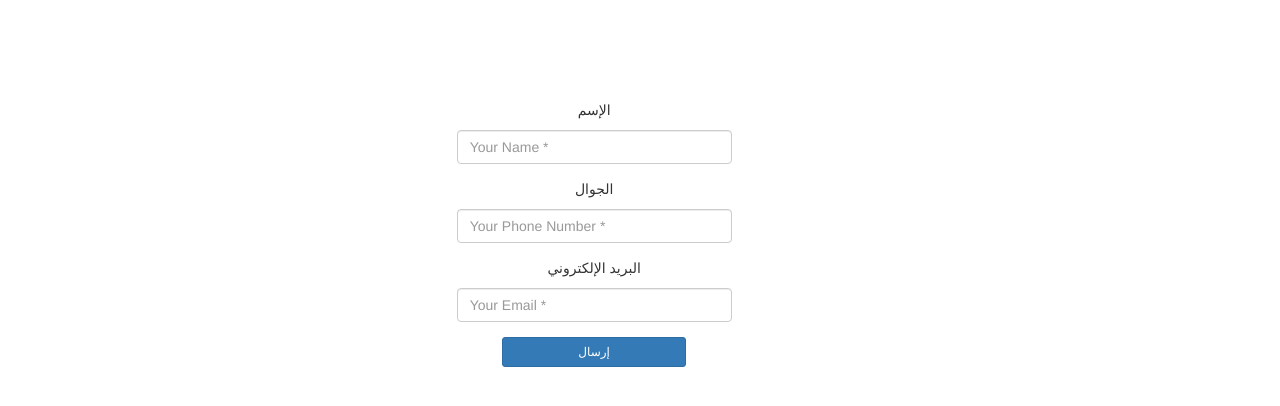
Repository: Abdaljawad-Aya/Itbeep-task
Page: http://localhost/form-user
An editor plug-in stored every save of this project. The page is shown before and after the next save, followed by the edit.
The browser window is 1280 px wide. The pictures show the whole page.
The page is served by the project's Laravel application, run on PHP 8.4 with Laravel 8. Other server files are loaded and not shown.

Above is the page before, as saved 2021-03-07 18:59:01.

### singlePageApp/routes/web.php
<?php

use Illuminate\Support\Facades\Route;

/*
|--------------------------------------------------------------------------
| Web Routes
|--------------------------------------------------------------------------
|
| Here is where you can register web routes for your application. These
| routes are loaded by the RouteServiceProvider within a group which
| contains the "web" middleware group. Now create something great!
|
*/

Route::get('/', function () {
    return view('welcome');
});

Route::get('form-user', 'formController@form');
Route::post('form-user', ['as' => 'users.store', 'uses' => 'formController@formSaveData']);

### singlePageApp/app/Http/Controllers/formController.php
<?php

namespace App\Http\Controllers;

use Illuminate\Support\Facades\Mail;

use Illuminate\Http\Request;
use App\Mail\formUser;
use App\form;

class formController extends Controller
{
    /**
     * Show the application
     *
     * @return \Illuminatey\Http\Response
     */

    public function form()
    {
        return view('form-user');
    }

    /**
     * Show the application
     *
     * @return \Illuminatey\Http\Response
     */

    public function formSaveData(Request $request)

    {
        $this->validate($request, [
            'name'   => 'required',
            'email'  => 'required|email',
            'mobile' => 'required',
        ]);

        form::create($request->all());
        Mail::send(
            'form-user',
            array(
                'name'   => $request->get('name'),
                'mobile' => $request->get('mobile'),
                'email'  => $request->get('email'),
            ),
            function ($message) use ($request) {
                $message->from('abdaljawad.ayah94@gmail.com');
                $message->to($request->email, 'Admin')->subject($request->get('subject'));
            }
        );
        return back()->with('success', 'Thanks for contact us!');
    }
}

### singlePageApp/resources/views/form-user.blade.php
<!DOCTYPE html>
<html lang="en">
<head>
    <meta charset="UTF-8">
    <meta name="viewport" content="width=device-width, initial-scale=1.0">
    <meta http-equiv="X-UA-Compatible" content="ie=edge">
    <link rel="stylesheet" href="https://maxcdn.bootstrapcdn.com/bootstrap/3.4.1/css/bootstrap.min.css">

    <script src="https://ajax.googleapis.com/ajax/libs/jquery/3.5.1/jquery.min.js"></script>

    <script src="https://maxcdn.bootstrapcdn.com/bootstrap/3.4.1/js/bootstrap.min.js"></script>
    <link rel="stylesheet" href="../views/css/style.css">
    <title>Form</title>
</head>
<body>
   <div class="container contact-form col-lg-6 col-md-offset-4" style="margin-top:100px;">
     @if (session('status'))
       <div class="alert alert-success">
           {{ session('status')}}
       </div>
    @endif
    @if (session('warning'))
    <div class="alert alert-warning">
        {{session('warning')}}
    </div>
    @endif

    <form method="POST" action ="{{ route('users.store')}}" >
     {{ csrf_field()}}

     <div class="col-md-6">

        {{-- NAME --}}
        <div class="form-group {{ $errors->has('name') ? ' has-error' : '' }}">
                <p style="text-align: center">الإسم</p>
            <input type="text" name="name" class="form-control" placeholder="Your Name *" required/>
             @if ($errors->has('name'))
                 <span class="help-block">
                     <strong>
                         {{ $errors->first('name')}}
                     </strong>
                 </span>
             @endif
         </div>


        {{-- MOBILE --}}

        <div class="form-group" {{$errors->has('mobile') ? 'has-error' : ''}}>
            <p style="text-align: center">الجوال</p>
         <input type="text" name="mobile" class="form-control" placeholder="Your Phone Number *" required/>

         @if ($errors->has('mobile'))
             <span class="help-block">
                 <strong>
                     {{ $errors->first('mobile')}}
                 </strong>
             </span>
         @endif
        </div>
         {{-- EMAIL --}}
         <div class="form-group" {{$errors->has('email') ? 'has-error' : ''}}>
             <p style="text-align: center">البريد الإلكتروني</p>
          <input type="email" name="email" class="form-control" placeholder="Your Email *" required />

            @if ($errors->has('email'))
            <span class="help-block">
                <strong>
                    {{ $errors->first('email')}}
                </strong>
            </span>
            @endif
        </div>

        <div class="form-group">

            <input type="submit" name="btnSubmit" class="btn btn-primary btn-square btn-sm col-lg-8 col-md-offset-2" value="إرسال" data-toggle="modal" data-target="#exampleModal" data-whatever="@getbootstrap">
        </div>
     </div>


     {{-- Popup Start --}}
    <div class="modal fade" id="exampleModal" tabindex="-1" role="dialog" aria-labelledby="exampleModalLabel" aria-hidden="true">
    <div class="modal-dialog" role="document">
        <div class="modal-content">
        <div class="modal-header">
            {{-- <h5 class="modal-title" id="exampleModalLabel">New message</h5> --}}
            <button type="button" class="close" data-dismiss="modal" aria-label="Close">
            <span aria-hidden="true">&times;</span>
            </button>
        </div>
        <div class="modal-body">
            <form>
            <div class="form-group ">
                <p style="text-align: center" >إختر عرض من العروض الاتيه</p>
                <button type="button" style=" background-color:rgb(95, 51, 95); color:#FFF;" class=" btn-square btn-sm col-lg-2 col-md-offset-2"> عرض3</button>
                <button type="button" style=" background-color:rgb(95, 51, 95); color:#FFF;"class="btn-square btn-sm col-lg-2 col-md-offset-1"> عرض2</button>
                <button type="button" style=" background-color:rgb(95, 51, 95); color:#FFF;"class="btn-square btn-sm col-lg-2 col-md-offset-1"> عرض1</button>
                 <br> <br>
                <button type="button"style=" background-color:rgb(95, 51, 95); color:#FFF;" class=" btn-square btn-sm col-lg-8 col-md-offset-2">التالي</button>

            </div>
            </form>
        </div>
        <div class="modal-footer">
            <button type="button" class="btn btn-secondary" data-dismiss="modal">إغلاق</button>

        </div>
        </div>
    </div>
</div>
     {{-- Popup End --}}


</form>
</div>
</body>
</html>

Loaded but not shown: singlePageApp/app/Http/Controllers/Controller.php (common file)

After the next save:
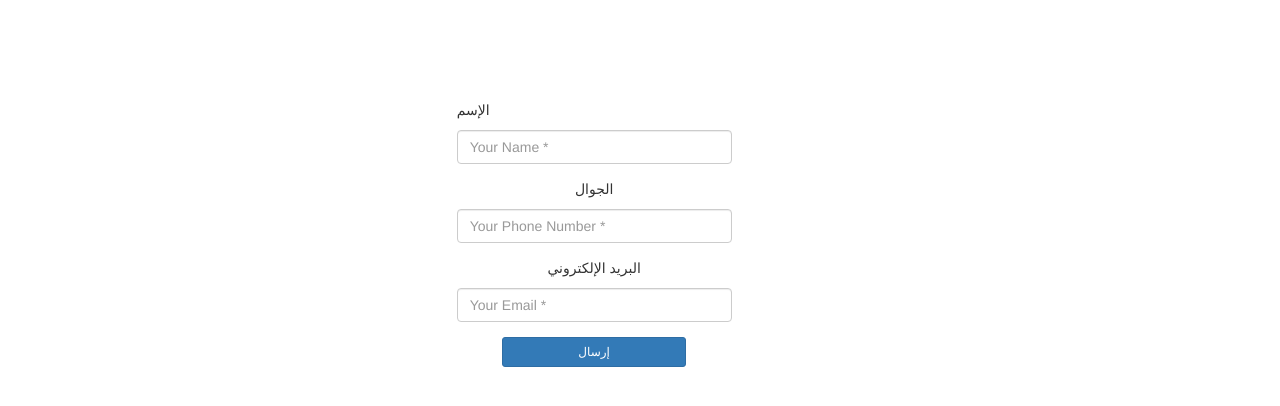
Saved 53 s later.
--- a/singlePageApp/resources/views/form-user.blade.php
+++ b/singlePageApp/resources/views/form-user.blade.php
@@ -32,7 +32,7 @@
 
         {{-- NAME --}}
         <div class="form-group {{ $errors->has('name') ? ' has-error' : '' }}">
-                <p style="text-align: center">الإسم</p>
+                <p style="text-align: left">الإسم</p>
             <input type="text" name="name" class="form-control" placeholder="Your Name *" required/>
              @if ($errors->has('name'))
                  <span class="help-block">
